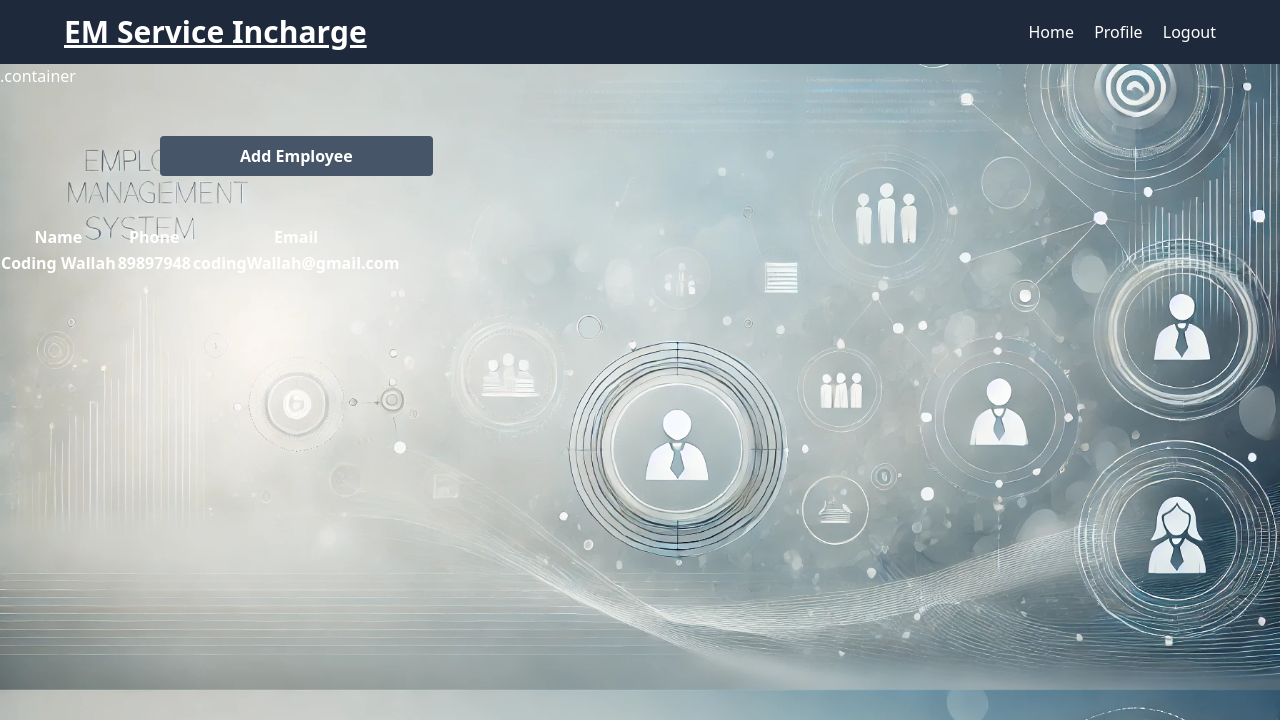
Repository: Vaibhav979/EmployeeManagement-Spring
Page: / (app in em-project-view/)
These files come from the project's save history. The page is drawn as it stood at one moment and after a run of saves; the edit follows.
The browser window is 1280 px wide. The pictures show the whole page.
The project was rebuilt for these pictures with package versions that can differ from the ones it lists, and the page was loaded fresh each time. Also part of the build but not shown: em-project-view/vite.config.js.

Above is the page before, as saved 2025-01-02 22:47:31.

### em-project-view/src/App.jsx
import { useState } from "react";
import "./App.css";

function App() {
  return (
    <>
      <div className="bg-slate-800 flex h-16 px-16 items-center">
        <h1 className="text-3xl font-bold underline">EM Service Incharge</h1>
        <div className="space-x-4 ml-auto">
          <a className="hover:text-blue-400" href="/">
            {" "}
            Home{" "}
          </a>
          <a className="hover:text-blue-400" href="/">
            {" "}
            Profile{" "}
          </a>
          <a className="hover:text-blue-400" href="/">
            {" "}
            Logout
          </a>
        </div>
      </div>

      .container
      <div>
        <button className="bg-slate-600 hover:bg-blue-700 mx-40 my-12 font-semibold px-20 py-2 rounded">
          Add Employee
        </button>
      </div>

      <div>
        <table>
          <thead>
            <th> Name </th>
            <th> Phone </th>
            <th> Email </th>
          </thead>
          <tbody>
            <th> Coding Wallah </th>
            <th> 89897948 </th>
            <th> codingWallah@gmail.com </th>
          </tbody>
        </table>
      </div>
    </>
  );
}

export default App;

### em-project-view/src/App.css
/* #root {
  max-width: 1280px;
  margin: 0 auto;
  padding: 2rem;
  text-align: center;
} */

.App {
  text-align: left;
}

body {
  background-image: url(./assets/image.png);
  background-size: cover;
  background-position: center;
  color: #ffffff;
  height: 90vh;
}

Loaded but not shown: em-project-view/index.html (common file); em-project-view/src/main.jsx (common file); em-project-view/src/index.css (common file); em-project-view/tailwind.config.js (common file)

After the next 8 saves:
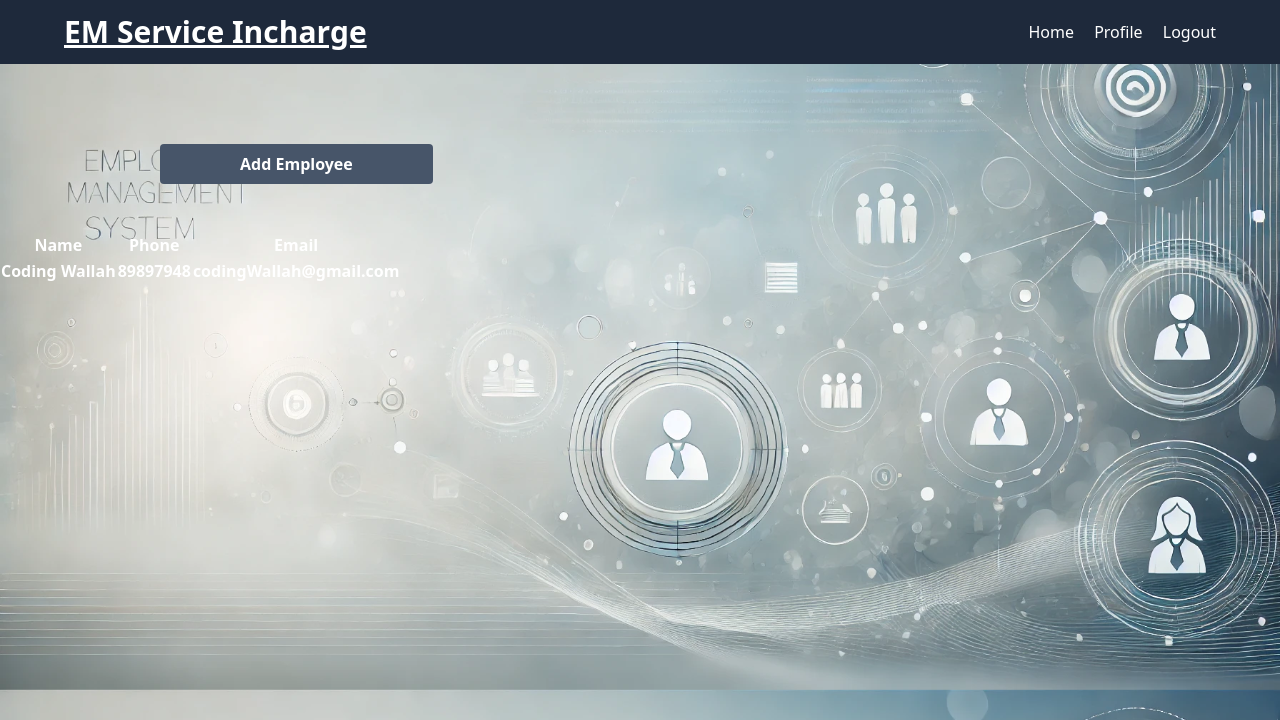
The 8 saves are shown as one change because 1 did not build or start and some came seconds apart.
The last was saved 39 s later.
--- a/em-project-view/src/App.jsx
+++ b/em-project-view/src/App.jsx
@@ -22,26 +22,27 @@ function App() {
         </div>
       </div>
 
-      .container
-      <div>
-        <button className="bg-slate-600 hover:bg-blue-700 mx-40 my-12 font-semibold px-20 py-2 rounded">
-          Add Employee
-        </button>
-      </div>
+      <div className="container mx-auto my-8">
+        <div>
+          <button className="bg-slate-600 hover:bg-blue-700 mx-40 my-12 font-semibold px-20 py-2 rounded">
+            Add Employee
+          </button>
+        </div>
 
-      <div>
-        <table>
-          <thead>
-            <th> Name </th>
-            <th> Phone </th>
-            <th> Email </th>
-          </thead>
-          <tbody>
-            <th> Coding Wallah </th>
-            <th> 89897948 </th>
-            <th> codingWallah@gmail.com </th>
-          </tbody>
-        </table>
+        <div>
+          <table>
+            <thead>
+              <th> Name </th>
+              <th> Phone </th>
+              <th> Email </th>
+            </thead>
+            <tbody>
+              <th> Coding Wallah </th>
+              <th> 89897948 </th>
+              <th> codingWallah@gmail.com </th>
+            </tbody>
+          </table>
+        </div>
       </div>
     </>
   );
